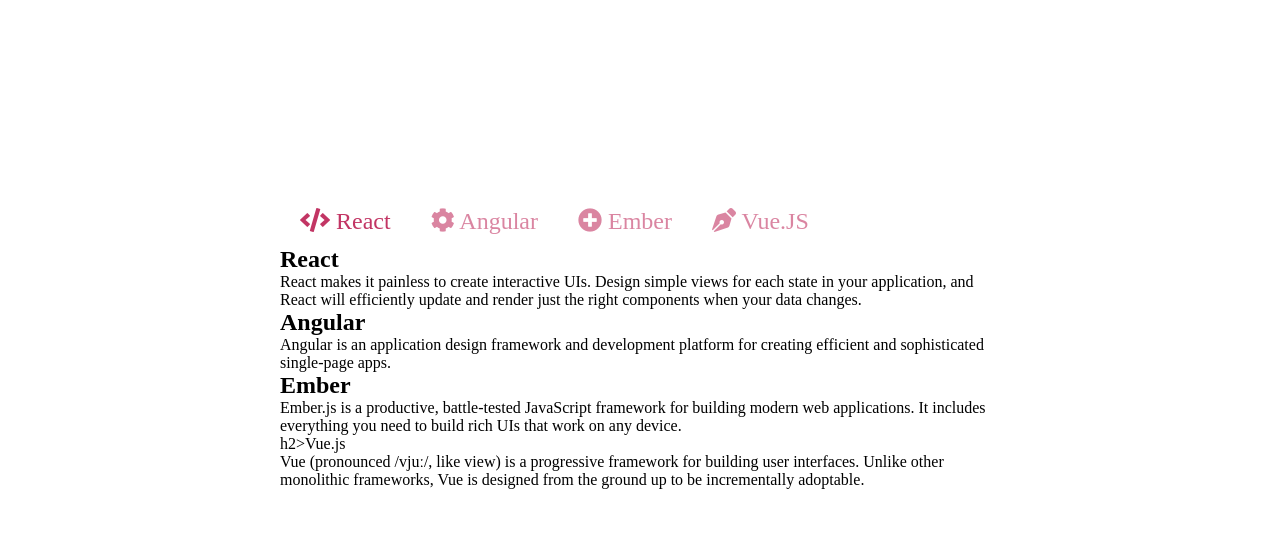
Repository: dovanthao2404/switch-tabs
Page: index.html
An editor plug-in stored every save of this project. The page is shown before and after the next save, followed by the edit.
The browser window is 1280 px wide. The pictures show the whole page.

Above is the page before, as saved 2021-06-27 20:21:44.

After the next save:
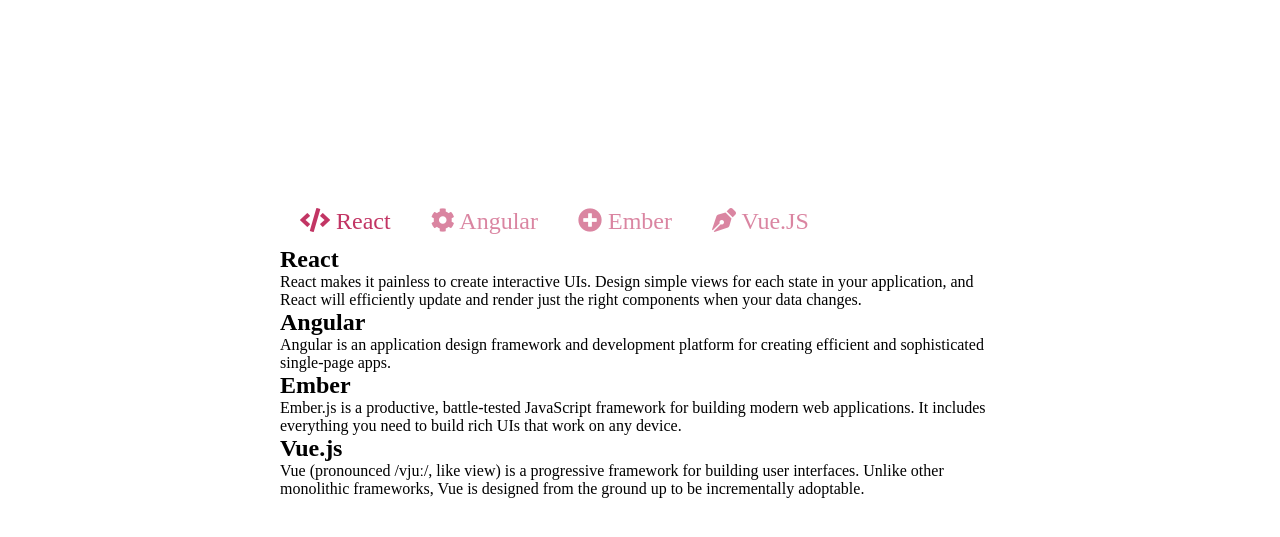
Saved 7 s later.
--- a/index.html
+++ b/index.html
@@ -51,7 +51,8 @@
         <p>Ember.js is a productive, battle-tested JavaScript framework for building modern web applications. It
           includes everything you need to build rich UIs that work on any device.</p>
       </div>
-      <div class="tab-pane">h2>Vue.js</h2>
+      <div class="tab-pane">
+        <h2>Vue.js</h2>
         <p>Vue (pronounced /vjuː/, like view) is a progressive framework for building user interfaces. Unlike other
           monolithic frameworks, Vue is designed from the ground up to be incrementally adoptable. </p>
       </div>
